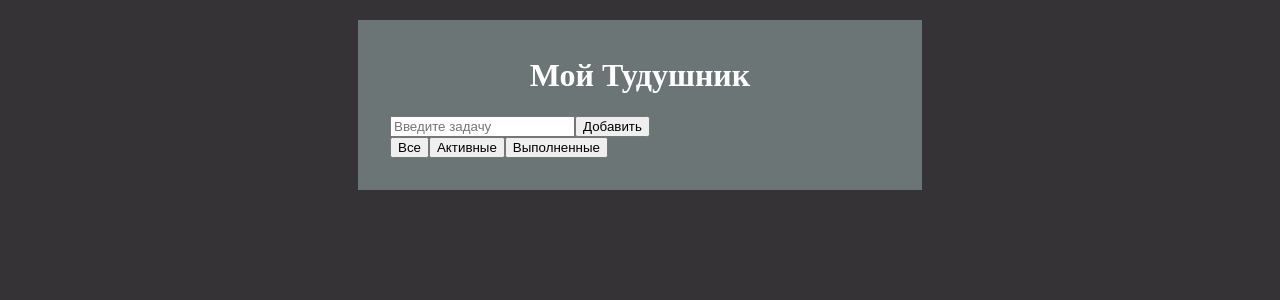
Repository: AlekCawka/-todo-project
Page: /
The author's editor kept a copy of each file at every save. The page is drawn from the files as they stood at one save, then again after the next save.
The browser window is 1280 px wide. The pictures show the whole page.
The project was rebuilt for these pictures with package versions that can differ from the ones it lists, and the page was loaded fresh each time. Also part of the build but not shown: vite.config.js.

Above is the page before, as saved 2025-08-06 21:59:55.

### src/main.jsx
import React from 'react'
import ReactDOM from 'react-dom/client'
import App from './App.jsx'

ReactDOM.createRoot(document.getElementById('root')).render(
  <React.StrictMode>
    <App />
  </React.StrictMode>
)

### src/App.jsx
import React, { useState } from 'react';
import { useTodos } from './hooks/useTodos';

import './App.css';

const App = () => {
  const { todos, addTodo, deleteTodo, updateTodo, toggleCompleted } = useTodos();
  const [inputValue, setInputValue] = useState('');
  const [filter, setFilter] = useState('all');

  const handleAdd = () => {
    addTodo(inputValue);
    setInputValue('');
  }

  const handleChange = (e) => {
    setInputValue(e.target.value);
  }

  const getFilteredTodos = (todos, filter) => {
    switch (filter) {
      case 'active':
        return todos.filter(todo => !todo.completed);
      case 'completed':
        return todos.filter(todo => todo.completed);
      default:
        return todos;
    }
  };

  const filteredTodos = getFilteredTodos(todos, filter);

  return (
    <div className="container">
      <h1 className="title">Мой Тудушник</h1>

      <div className="form">
        <input
          type="text"
          placeholder="Введите задачу"
          value={inputValue}
          onChange={handleChange}
        />
        <button onClick={handleAdd}>Добавить</button>
      </div>

      <div className="filters">
        <button onClick={() => setFilter('all')}>Все</button>
        <button onClick={() => setFilter('active')}>Активные</button>
        <button onClick={() => setFilter('completed')}>Выполненные</button>
      </div>

      <ul className="list">
        {filteredTodos.map(todo => (
          <li key={todo.id} className="todo-item">
            <input
              type="checkbox"
              checked={todo.completed}
              onChange={() => toggleCompleted(todo.id)}
            />
            <span
              style={{ textDecoration: todo.completed ? 'line-through' : 'none' }}
            >
              {todo.text}
            </span>
            <button onClick={() => {
              const newText = prompt('Новое значение:', todo.text);
              if (newText) updateTodo(todo.id, newText);
            }}>Редактировать</button>
            <button onClick={() => deleteTodo(todo.id)}>Удалить</button>
          </li>
        ))}
      </ul>
    </div>
  );
};

export default App;

### src/hooks/useTodos.js
import { useState, useEffect } from 'react';
import { Trash2, Edit, Clock, Calendar, CheckSquare, Square } from 'lucide-react';

const generateId = () => crypto?.randomUUID?.() || `${Date.now()}-${Math.random()}`;

export const useTodos = () => {
    const [todos, setTodos] = useState([]);

    const normalize = (text) => text.trim().toLowerCase();

    useEffect(() => {
        const stored = localStorage.getItem('todos');
        if (stored) {
            setTodos(JSON.parse(stored));
        }
    }, []);

    useEffect(() => {
        localStorage.setItem('todos', JSON.stringify(todos));
    }, [todos]);

    const addTodo = (text, deadline = null) => {
        const trimmed = text.trim();

        if (!trimmed) return;

        const isDuplicate = todos.some(todo => normalize(todo.text) === normalize(text));

        if (isDuplicate) {
            return;
        }

        const newTodo = {
            id: generateId(),
            text: trimmed,
            completed: false,
            createdAt: new Date().toISOString(),
            deadline: deadline || null,
        };
        setTodos(prevTodos => [newTodo, ...prevTodos]);
    };

    const deleteTodo = (id) => {
        setTodos(prev => prev.filter(todo => todo.id !== id));
    };

    const updateTodo = (id, updates) => {
        setTodos(prev =>
            prev.map(todo =>
                todo.id === id ?
                    { ...todo, ...updates } : todo
            )
        );
    };

    const toggleCompleted = (id) => {
        setTodos(prev =>
            prev.map(todo =>
                todo.id === id ?
                    { ...todo, completed: !todo.completed } : todo
            )
        )
    }

    return {
        todos,
        addTodo,
        deleteTodo,
        updateTodo,
        toggleCompleted
    };
};

### src/App.css
body {
    font-family: 'Times New Roman', Times, serif;
    background-color: rgb(53, 51, 54);
    margin: 0;
    padding: 0;
}

.container {
    max-width: 500px;
    margin: 20px auto;
    padding: 16px 32px;
    background-color: rgb(108, 117, 117);
}

.title {
    text-align: center;
    color: white;
}
/* body {
    font-family: sans-serif;
    background: rgb(53, 51, 54);
    margin: 0;
    padding: 0;
}

.container {
    max-width: 500px;
    margin: 20px auto;
    padding: 32px 16px;
    background-color: rgb(108, 117, 117);
}

.title {
    text-align: center;
    font-size: 28px;
    margin-bottom: 2rem;
    color: white;
}

.form {
    display: flex;
    gap: 10px;
    margin-bottom: 14px;
}

.form input {
    flex: 1;
    padding: 8px;
    border: 1px solid #007bff;
    border-radius: 7px;

}

.form button {
    background-color: #007bff;
    color: white;
    border: none;
    border-radius: 7px;
    cursor: pointer;
    transition: background-color 0.3s;
}

.form button:hover {
    background-color: #0056b3;
}

.filters {
    display: flex;
    justify-content: center;
    gap: 8px;
}

.filters button {
    padding: 7px 12px;
    background-color: #007bff;
    color: white;
    border-radius: 8px;
    border: none;
    cursor: pointer;
    transition: all 0.2s;

}

.filters button:hover {
    background-color: #0056b3;
}

.list {
    list-style: none;
    padding: 0;
    margin-top: 15px;
}

.todo-item {
    display: flex;
    align-items: center;
    gap: 8px;
    background-color: rgba(250, 244, 244, 0.203);
    padding: 10px;
    margin-bottom: 12px;
    border-radius: 8px;
    box-shadow: 0 1px 3px rgba(0, 0, 0, 0.4);
}

.todo-item span {
    flex: 1;
    font-size: 16px;
    color: white;
    word-break: break-word;
}

.todo-item button {
    background: white;
    border: none;
    border-radius: 8px;
    cursor: pointer;
    font-size: 14px;
    width: 120px;
}

.todo-item input[type="checkbox"] {
    width: 18px;
    height: 18px;
} */

After the next save:
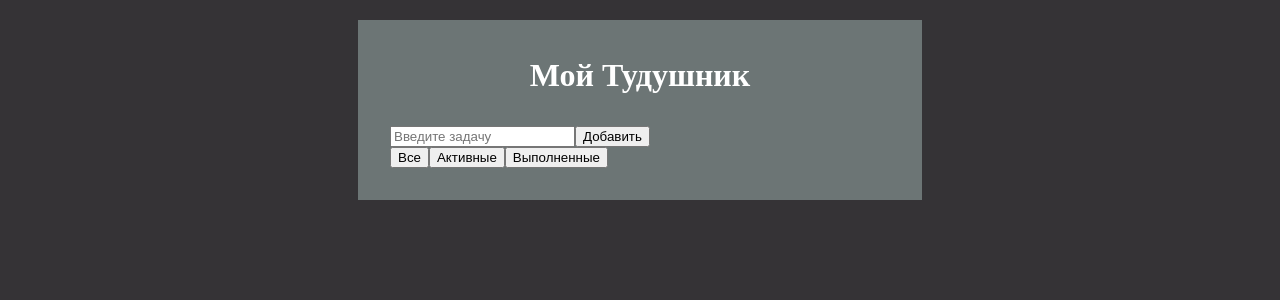
Saved 10 s later.
--- a/src/App.css
+++ b/src/App.css
@@ -15,6 +15,7 @@ body {
 .title {
     text-align: center;
     color: white;
+    margin-bottom: 2rem;
 }
 /* body {
     font-family: sans-serif;
